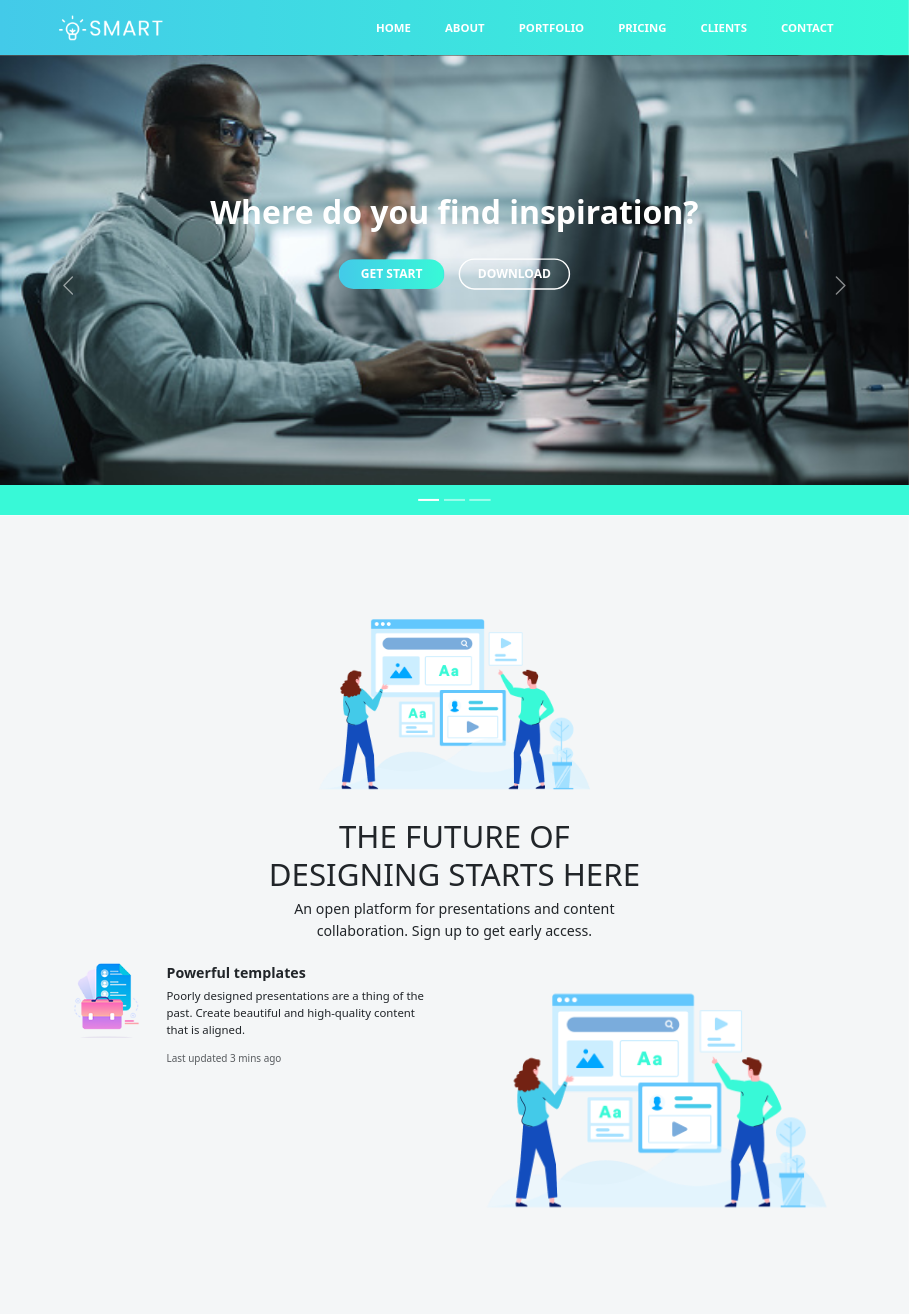
Repository: rizwan-zafar/smart-React
Page: /
An editor plug-in stored every save of this project. The page is shown before and after the next save, followed by the edit.
The browser window is 1280 px wide. The pictures show the whole page, at 71% of full size.
The project was rebuilt for these pictures with package versions that can differ from the ones it lists, and the page was loaded fresh each time.

Above is the page before, as saved 2022-11-17 11:37:11.

After the next save:
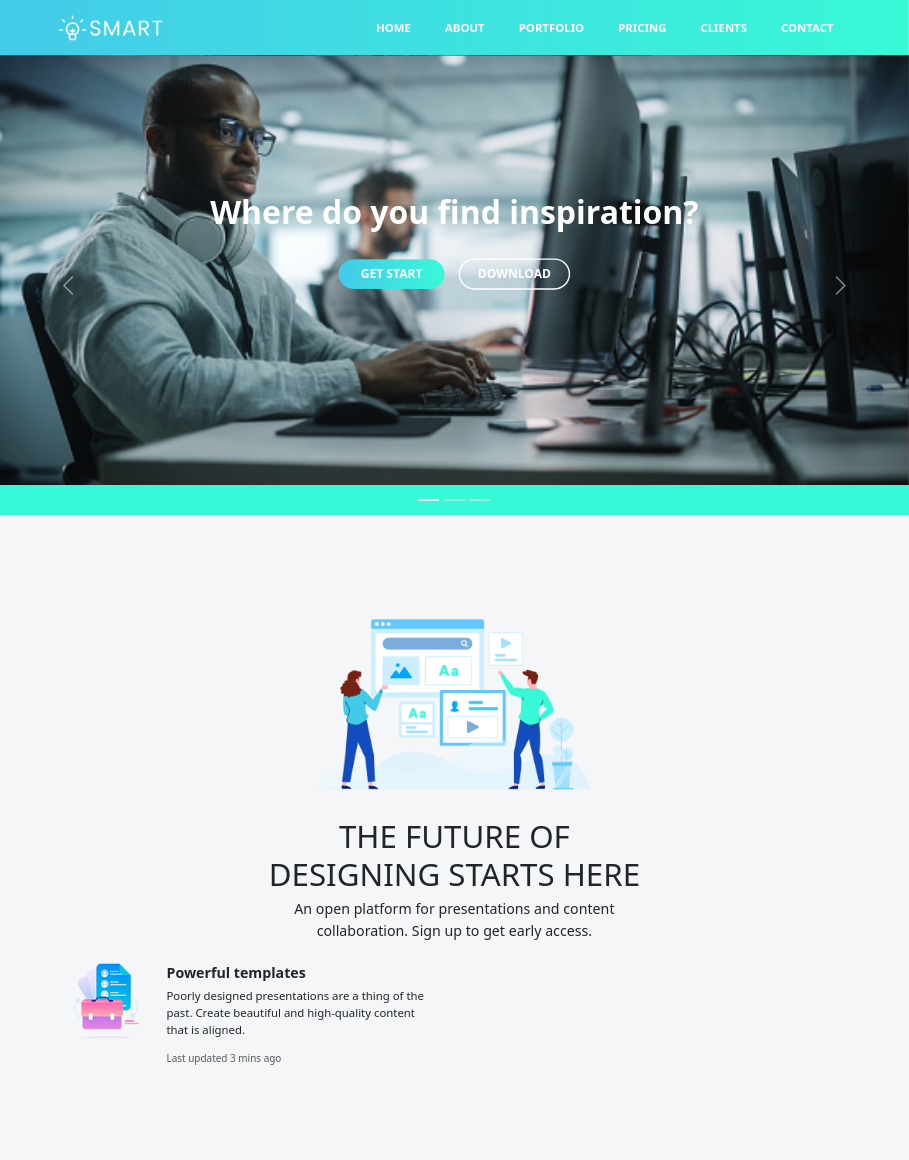
Saved 73 s later.
--- a/src/Components/Service.js
+++ b/src/Components/Service.js
@@ -33,7 +33,7 @@ export default function Service() {
                     </div>
 
                     <div className="col-xs-12 col-sm-12 col-md-6 col-lg-6 col-xl-6 ">
-                        <img className="img-fluid" src="/Images/services.png" alt="Services" />
+
 
                     </div>
 
